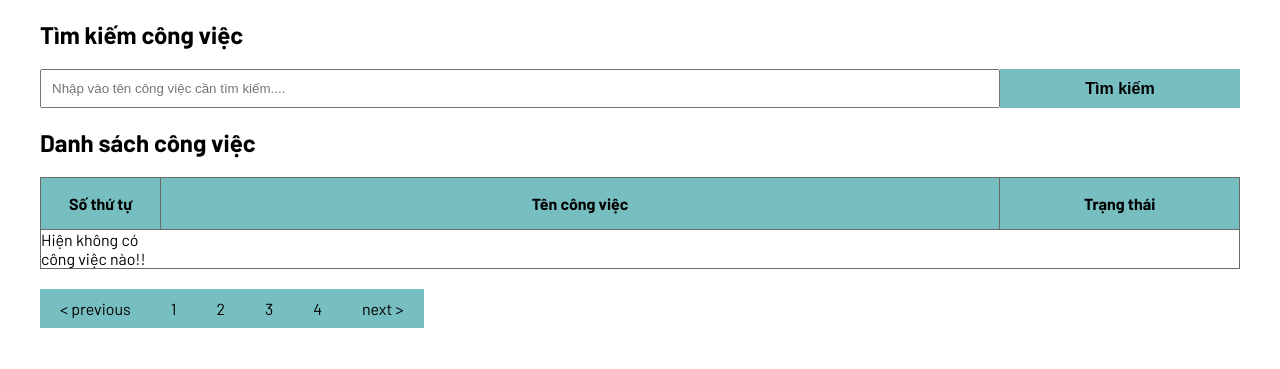
Repository: OkazakiTruong/searchReact
Page: /
These files come from the project's save history. The page is drawn as it stood at one moment and after a run of saves; the edit follows.
The browser window is 1280 px wide. The pictures show the whole page.
The page's requests for data from a server got no answer. The project was rebuilt for these pictures with package versions that can differ from the ones it lists, and the page was loaded fresh each time. No one was signed in, and anything a server would have sent is missing. Also part of the build but not shown: vite.config.js.

Above is the page before, as saved 2024-01-11 18:55:43.

After the next 2 saves:
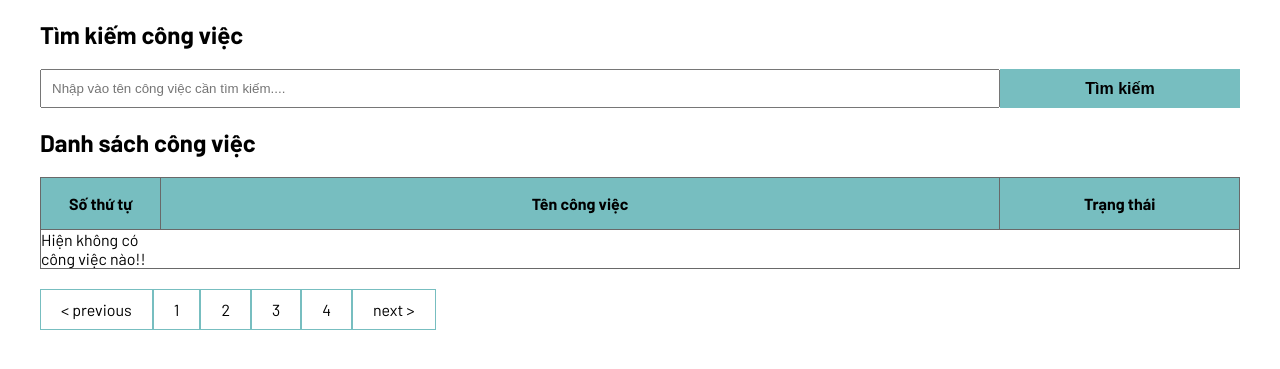
The 2 saves are shown as one change because they came seconds apart.
The last was saved 18 s later.
--- a/src/SearchApp/Pagination/pagination.css
+++ b/src/SearchApp/Pagination/pagination.css
@@ -6,8 +6,7 @@
 }
 .pagination ul,
 li {
-  border: 1px;
+  border: 1px solid #77bec0;
   padding: 10px 20px;
-  background-color: #77bec0;
   cursor: pointer;
 }
